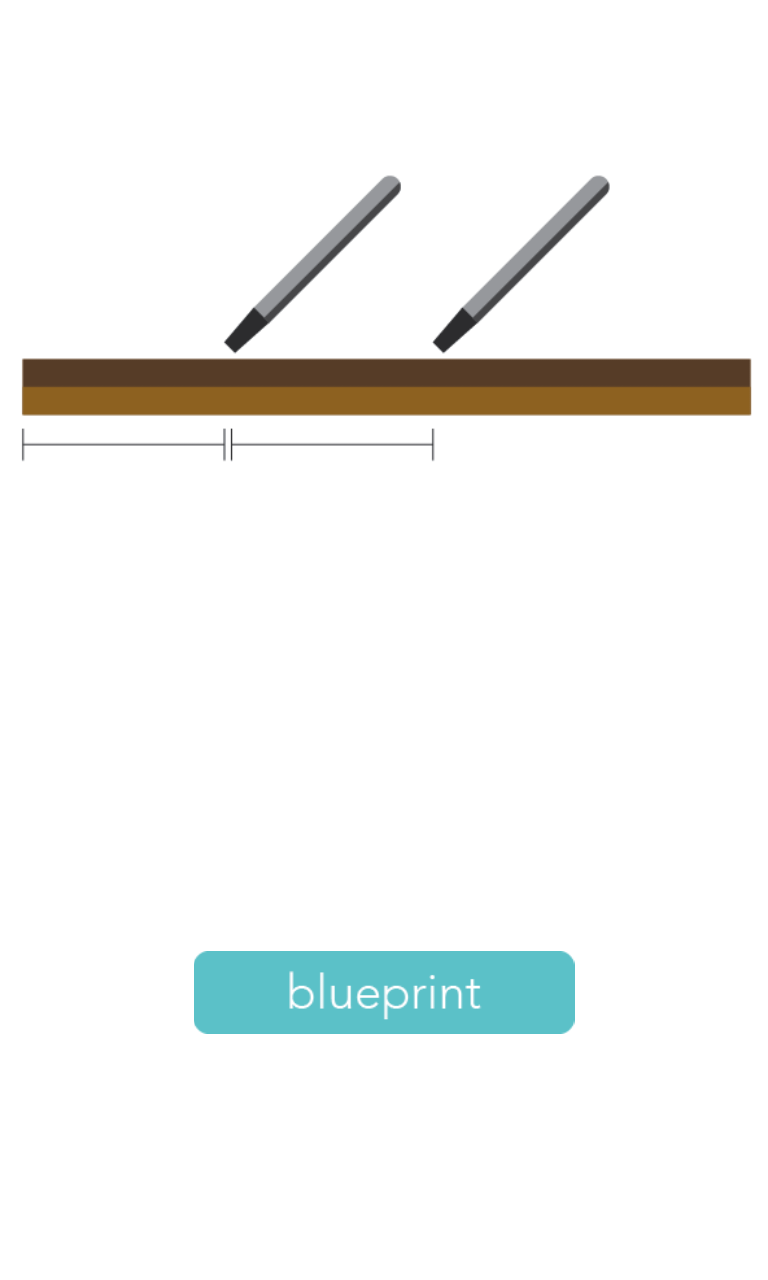
Repository: sbobhate/Android-Applications
Layout: EWBProject/res/layout/fragment_page2.xml
The author's editor kept a copy of each file at every save. The layout is drawn from the files as they stood at one save, then again after the next save.
It is drawn on a 768 x 1280 px phone screen (xhdpi) without system bars, with theme AppTheme; the app's code is not run.

Above is the layout before, as saved 2014-02-22 00:56:27.

### EWBProject/res/layout/fragment_page2.xml
<?xml version="1.0" encoding="utf-8"?>
<RelativeLayout xmlns:android="http://schemas.android.com/apk/res/android"
    android:layout_width="match_parent"
    android:layout_height="match_parent" >

    <ImageView
        android:id="@+id/blueprint"
        android:layout_width="fill_parent"
        android:layout_height="wrap_content"
        android:layout_alignParentBottom="true"
        android:layout_alignParentLeft="true"
        android:layout_marginBottom="123dp"
        android:contentDescription="@string/blueprint"
        android:src="@drawable/blueprint" />

    <ImageView
        android:id="@+id/step1Tutorial"
        android:layout_width="fill_parent"
        android:layout_height="wrap_content"
        android:layout_alignParentLeft="true"
        android:layout_alignParentTop="true"
        android:layout_marginTop="36dp"
        android:contentDescription="@string/step1_tutorial"
        android:src="@drawable/step1tutorial" />

    <ImageView
        android:id="@+id/step1"
        android:layout_width="fill_parent"
        android:layout_height="wrap_content"
        android:layout_alignParentLeft="true"
        android:layout_alignTop="@+id/step1Tutorial"
        android:layout_marginTop="30dp"
        android:contentDescription="@string/step1"
        android:src="@drawable/step1" />

</RelativeLayout>

### EWBProject/res/values-v14/styles.xml
<resources>

    <!--
        Base application theme for API 14+. This theme completely replaces
        AppBaseTheme from BOTH res/values/styles.xml and
        res/values-v11/styles.xml on API 14+ devices.
    -->
    <style name="AppBaseTheme" parent="@android:style/Theme.Holo.Light.NoActionBar.Fullscreen">
        <!-- API 14 theme customizations can go here. -->
    </style>

</resources>

### EWBProject/res/values/strings.xml
<?xml version="1.0" encoding="utf-8"?>
<resources>

    <string name="app_name">EWB Project</string>
    <string name="action_settings">Settings</string>
    <string name="hello_world">Hello world!</string>
    <string name="home_header">Home Header</string>
    <string name="instructions">Instructions</string>
    <string name="reader">Reader</string>
    <string name="home_footer">Footer</string>
    <string name="title_activity_about_us">About Us</string>
    <string name="title_activity_instructions">Instructions</string>
    <string name="materials">Materials</string>
    <string name="hello_blank_fragment">Hello blank fragment</string>
    <string name="step1">Step 1</string>
    <string name="step2">Step 2</string>
    <string name="step3">Step 3</string>
    <string name="step1_tutorial">Step 1 Tutorial</string>
    <string name="step2_tutorial">Step 2 Tutorial</string>
    <string name="step3_tutorial">Step 2 Tutorial</string>
    <string name="blueprint">Blueprint</string>
    <string name="title_activity_reader">Reader</string>
    <string name="title_activity_cdma_visual">CdmaVisual</string>
    <string name="signal_quality">Signal Quality</string>
    <string name="cdma_title">What is CDMA ?</string>
    <string name="description">Code division multiple access (CDMA) is a channel access method used by various radio communication technologies.
CDMA is an example of multiple access, which is where several transmitters can send information simultaneously over a single communication channel. This allows several users to share a band of frequencies (see bandwidth). To permit this to be achieved without undue interference between the users CDMA employs spread-spectrum technology and a special coding scheme (where each transmitter is assigned a code).
CDMA is used as the access method in many mobile phone standards such as cdmaOne, CDMA2000 (the 3G evolution of cdmaOne), and WCDMA (the 3G standard used by GSM carriers), which are often referred to as simply CDMA.</string>

</resources>

Loaded but not shown: EWBProject/res/values/styles.xml (common file); EWBProject/res/values-v11/styles.xml (common file)

After the next save:
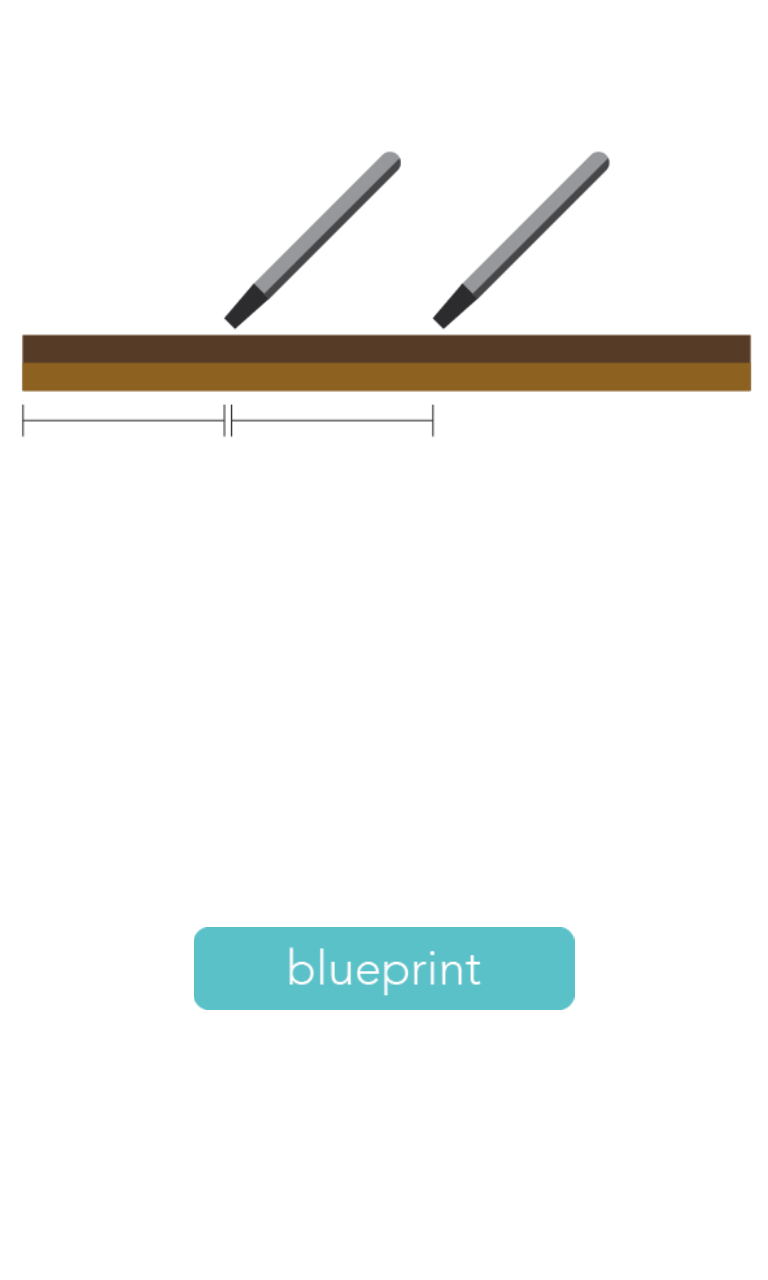
Saved 16 s later.
--- a/EWBProject/res/layout/fragment_page2.xml
+++ b/EWBProject/res/layout/fragment_page2.xml
@@ -9,7 +9,7 @@
         android:layout_height="wrap_content"
         android:layout_alignParentBottom="true"
         android:layout_alignParentLeft="true"
-        android:layout_marginBottom="123dp"
+        android:layout_marginBottom="135dp"
         android:contentDescription="@string/blueprint"
         android:src="@drawable/blueprint" />
 
@@ -29,7 +29,7 @@
         android:layout_height="wrap_content"
         android:layout_alignParentLeft="true"
         android:layout_alignTop="@+id/step1Tutorial"
-        android:layout_marginTop="30dp"
+        android:layout_marginTop="18dp"
         android:contentDescription="@string/step1"
         android:src="@drawable/step1" />
 
